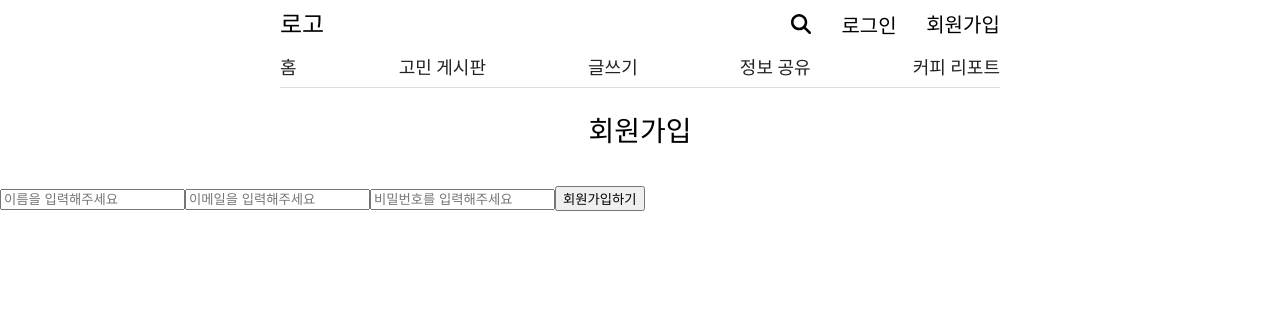
Repository: zlazlazla35/coffee
Page: /join
An editor plug-in stored every save of this project. The page is shown before and after the next save, followed by the edit.
The browser window is 1280 px wide. The page is 1280 px wide, then 1288 px, so the pictures cover 1288 px, including what lies to the right of the window. The pictures show the whole page.
The page's requests for data from a server got no answer. Some web fonts or font styles are not loaded; a fallback is used. The project was rebuilt for these pictures with package versions that can differ from the ones it lists, and the page was loaded fresh each time. The framework's server and built-in components were replaced by stand-ins that run in the browser. No one was signed in, and anything a server would have sent is missing. Also part of the build but not shown: next.config.mjs, src/app/LogOutButton.js.

Above is the page before, as saved 2025-01-20 17:05:43.

After the next save:
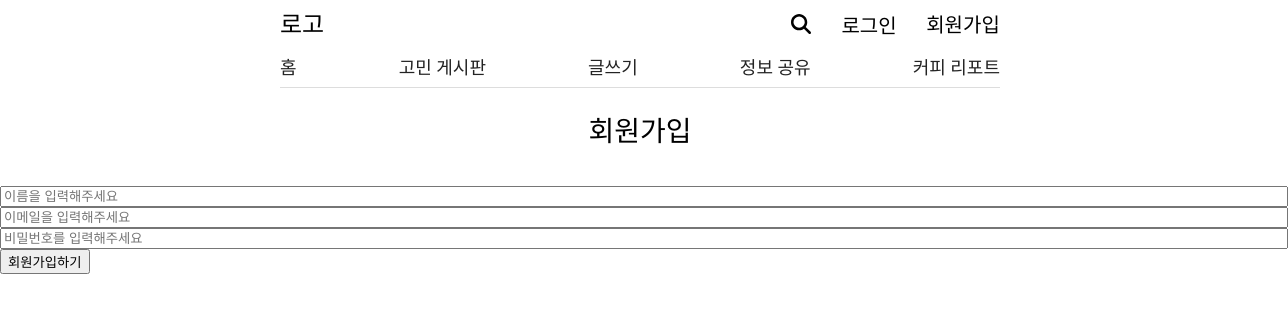
Saved 10 s later.
--- a/src/app/globals.css
+++ b/src/app/globals.css
@@ -174,5 +174,10 @@ select {font-family: 'NanumSquare', sans-serif !important; outline: none !import
 
 .join {width: 100%;}
 .join .title {font-size: 28px; width: 100%; text-align: center; margin: 30px 0 40px;}
+.join input {width: 100%;}
+
+
+
+
 
 #dbId {display: none;}
